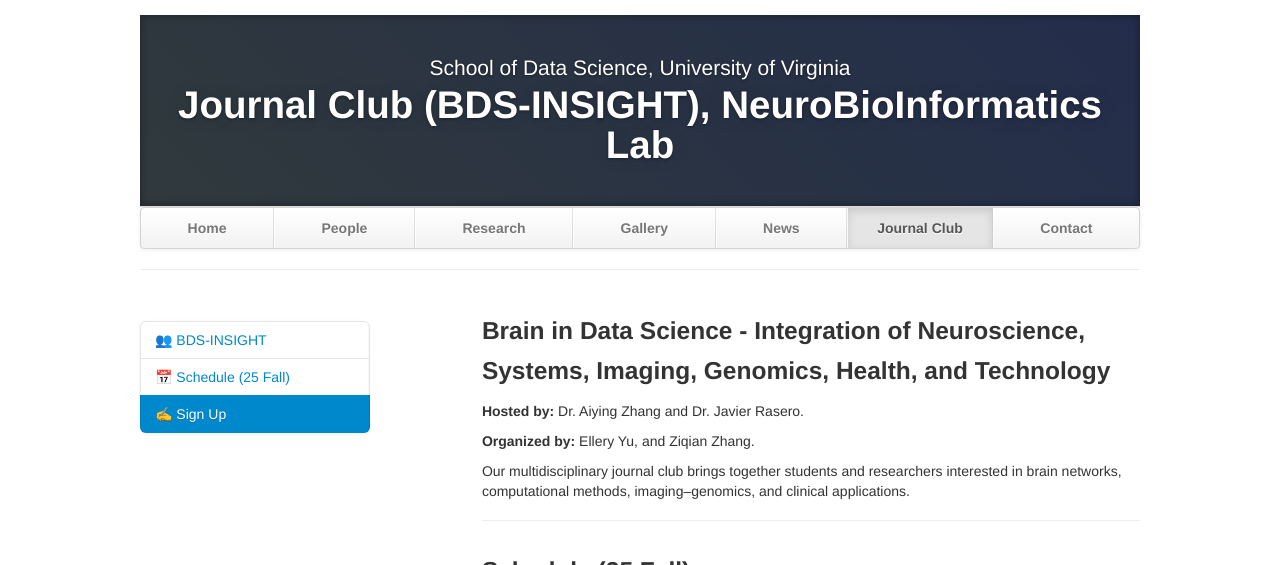
Repository: nbillab/nbillab.io
Page: journalclub.html
An editor plug-in stored every save of this project. The page is shown before and after the next save, followed by the edit.
The browser window is 1280 px wide. The pictures show the part of the page from y = 0 to 565 px (the page is 1292 px tall before and 1256 px after).
Pictures or frames that could not be fetched are drawn as grey boxes.

Above is the page before, as saved 2025-09-09 16:41:33.

After the next save:
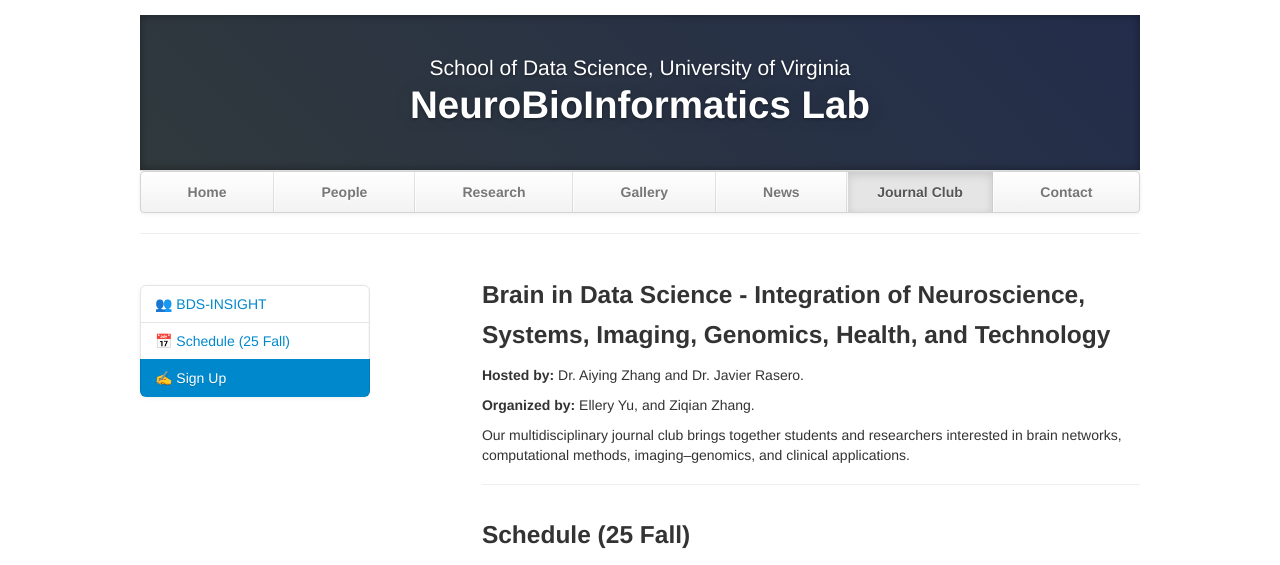
Saved 46 h 8 min later.
--- a/journalclub.html
+++ b/journalclub.html
@@ -67,11 +67,10 @@
 </head>
 <body>
   <div class="container">
-    <header class="jumbotron subhead" id="overview">
-      <p class="lead"> School of Data Science, University of Virginia </p>
-      <h1 class="hero-title">Journal Club (BDS-INSIGHT), NeuroBioInformatics Lab</h1>
-
-    </header>
+         <header class="jumbotron subhead" id="overview">
+            <p class="lead"> School of Data Science, University of Virginia </p>
+            <h1>NeuroBioInformatics Lab</h1>
+         </header>
 
     <div class="masthead">
       <div class="navbar">
